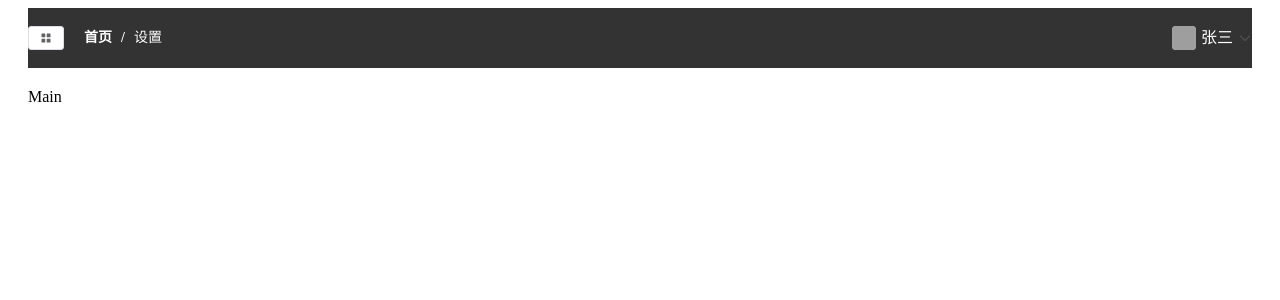
Repository: dishuibaby/vue-app
Page: /
The author's editor kept a copy of each file at every save. The page is drawn from the files as they stood at one save, then again after the next save.
The browser window is 1280 px wide. The pictures show the whole page.
Pictures or frames that could not be fetched are drawn as grey boxes. The project was rebuilt for these pictures with package versions that can differ from the ones it lists, and the page was loaded fresh each time. Also part of the build but not shown: vite.config.js.

Above is the page before, as saved 2024-08-11 18:25:59.

### src/main.js
import { createApp } from 'vue'
import App from './App.vue'
import router from './router'
import * as ElementPlusIconsVue from '@element-plus/icons-vue'

const app = createApp(App);
for (const [key, component] of Object.entries(ElementPlusIconsVue)) {
    app.component(key, component)
}

app.use(router);
app.mount('#app');

### src/components/CommonHeader.vue
<template>
  <div class="header">
    <div class="header-left">
      <el-button size="small">
        <el-icon ><Menu /></el-icon>
      </el-button>
      <el-breadcrumb separator="/" class="breadcrumb">
        <el-breadcrumb-item :to="{ path: '/' }">首页</el-breadcrumb-item>
        <el-breadcrumb-item>设置</el-breadcrumb-item>
      </el-breadcrumb>
    </div>
    <div class="header-right">
      <el-dropdown>
        <span class="el-dropdown-link">
          <el-avatar shape="square" size="small" src="https://cube.elemecdn.com/3/7c/3ea6beec64369c2642b92c6726f1epng.png" />
          <el-text class="mx-1" size="large">张三</el-text>
          <el-icon class="el-icon--right">
            <arrow-down />
          </el-icon>
        </span>
        <template #dropdown>
          <el-dropdown-menu>
            <el-dropdown-item>个人中心</el-dropdown-item>
            <el-dropdown-item>退出登陆</el-dropdown-item>
          </el-dropdown-menu>
        </template>
      </el-dropdown>
    </div>
  </div>
</template>
<script >

</script>
<style lang="less" scoped>
.header{
  display: flex;
  justify-content: space-between;
  align-items: center;
  width: 100%;
  height: 100%;
  background-color: #333;
}

.header-left{
  display: flex;
  align-items: center;
  .el-button {
    margin-right: 20px;
  }
}
.breadcrumb{
  font-size: 14px;
}

.el-dropdown-link{
  display: flex;
  justify-content: space-between;
  align-items: center;
  .el-avatar{
    margin-right: 5px;
  }
  .el-text{
    color: #fff;
  }
}

:deep(.breadcrumb span) {
  color: #fff !important;
  cursor: pointer;
}
</style>

### src/router/index.js
import {createRouter, createWebHashHistory} from "vue-router";

//指定路由规则
const routes = [
    {
        path: '/',
        name: 'main',
        component: () => import('@/views/Main.vue')
    },
];

const router = createRouter({
    history: createWebHashHistory(),
    routes
});

export default router;

### src/views/Main.vue
<script setup>

</script>

<template>
  <div class="common-layout">
    <el-container class="lay-container">
        <common-aside />
        <el-container>
            <el-header class="el-header">
                <common-header />
            </el-header>
            <el-main>
                Main
            </el-main>
        </el-container>
    </el-container>
  </div>
</template>

<style scoped lang="less">
    .common-layout,lay-container{
        width: 100%;
        height: 100%;
        overflow: hidden;
    }
    .el-header{
        background-color: #fff;

    }

</style>

Loaded but not shown: index.html (common file); src/App.vue (common file)

After the next save:
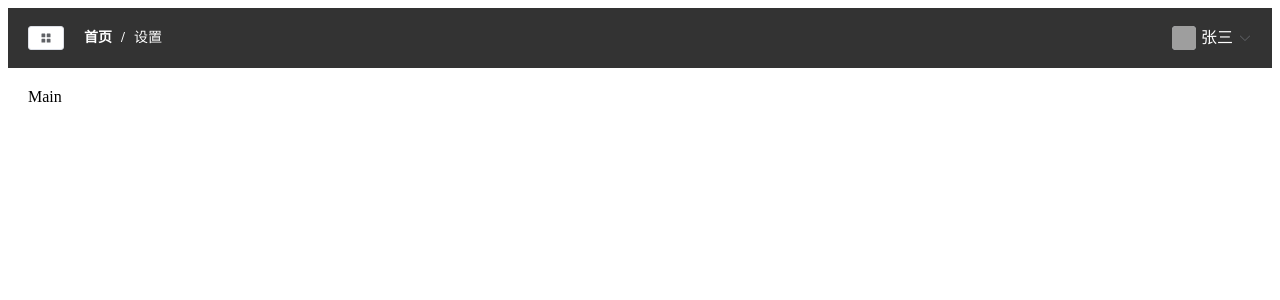
Saved 4 s later.
--- a/src/views/Main.vue
+++ b/src/views/Main.vue
@@ -25,7 +25,7 @@
         overflow: hidden;
     }
     .el-header{
-        background-color: #fff;
+        background-color: #333;
 
     }
 
